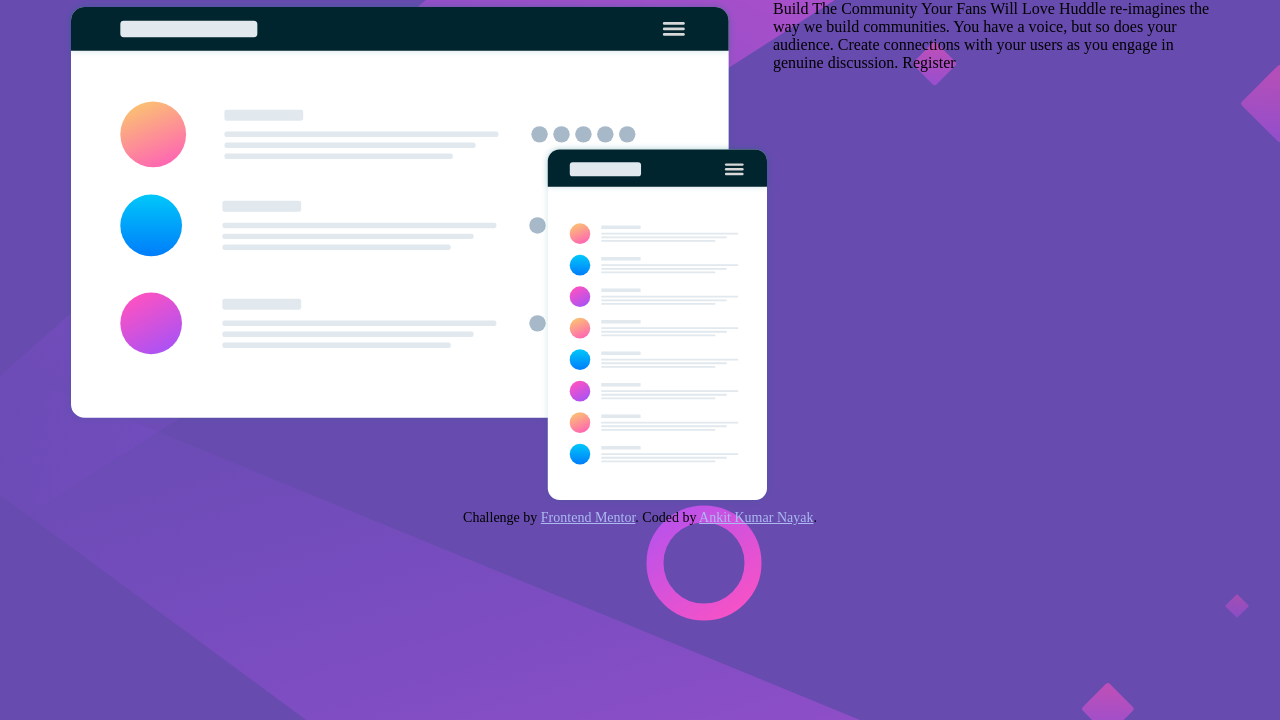
Repository: ankitnayak09/FrontEndMentor-Solutions
Page: huddle-landing-page-with-single-introductory-section-master/index.html
An editor plug-in stored every save of this project. The page is shown before and after a run of saves, followed by the edit.
The browser window is 1280 px wide. The pictures show the whole page.

Above is the page before, as saved 2021-07-07 18:26:32.

### huddle-landing-page-with-single-introductory-section-master/index.html
<!DOCTYPE html>
<html lang="en">

<head>
  <meta charset="UTF-8">
  <meta name="viewport" content="width=device-width, initial-scale=1.0">
  <!-- displays site properly based on user's device -->

  <link rel="icon" type="image/png" sizes="32x32" href="./images/favicon-32x32.png">

  <title>Frontend Mentor | Huddle landing page with single introductory section</title>

  <!-- Feel free to remove these styles or customise in your own stylesheet 👍 -->
  <style>
    .attribution {
      font-size: 14px;
      text-align: center;
    }

    .attribution a {
      color: hsl(228, 71%, 81%);
    }
  </style>
  <link rel="stylesheet" href="style.css">
</head>

<body>
  <div class="container">
    <main>
    <div class="right-col">
      <img src="images/illustration-mockups.svg" alt="">
    </div>
    <div class="left-col">
      Build The Community Your Fans Will Love

      Huddle re-imagines the way we build communities. You have a voice, but so does your audience.
      Create connections with your users as you engage in genuine discussion.

      Register
    </div>
  </main>
    <footer>
      <p class="attribution">
        Challenge by <a href="https://www.frontendmentor.io?ref=challenge" target="_blank">Frontend Mentor</a>.
        Coded by <a href="https://github.com/ankitnayak09">Ankit Kumar Nayak</a>.
      </p>
    </footer>
  </div>
</body>

</html>

### huddle-landing-page-with-single-introductory-section-master/style.css
* {
    margin: 0;
    padding: 0;
    box-sizing: border-box;
}

.container {
    height: 100vh;
    width: 100vw;
    margin: auto;
    background-image: url(images/bg-desktop.svg);
    background-color: hsl(257, 40%, 49%);
    padding: 0 5%;
}
main {
    display: flex;
}


@media only screen and (max-width:375px) {

}

After the next 2 saves:
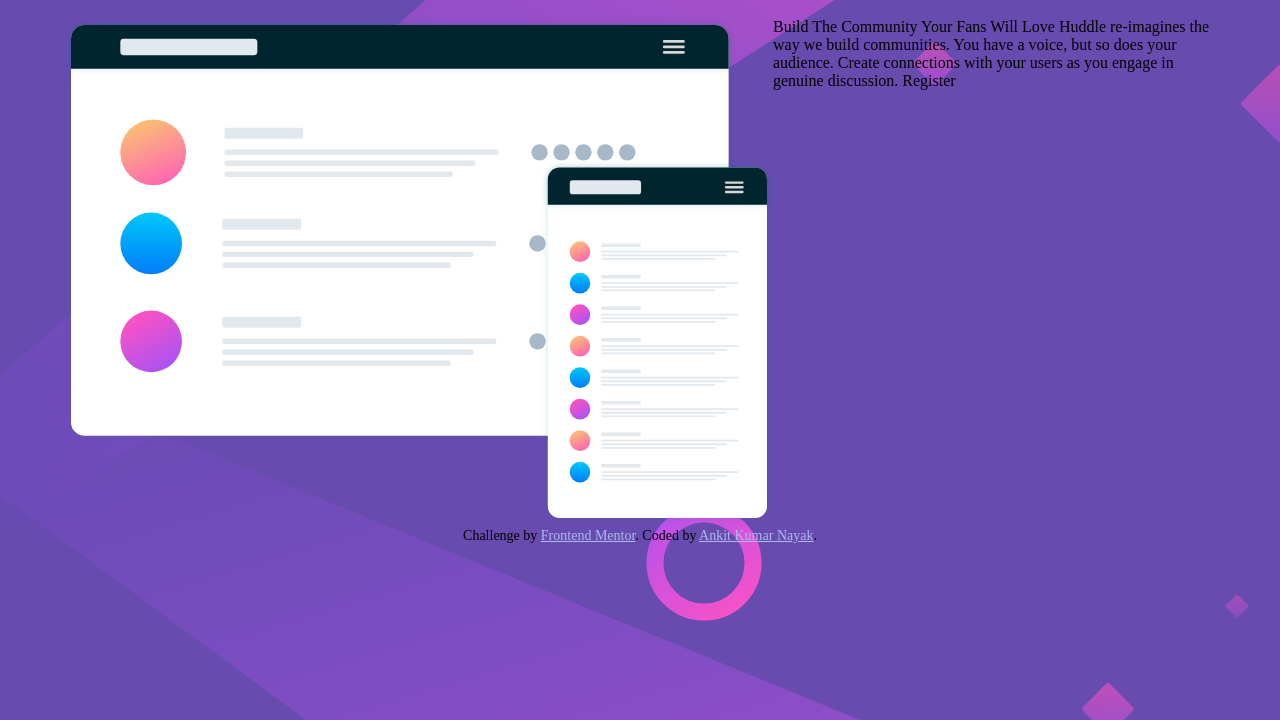
The 2 saves are shown as one change because they came seconds apart.
The last was saved 119 s later.
--- a/huddle-landing-page-with-single-introductory-section-master/index.html
+++ b/huddle-landing-page-with-single-introductory-section-master/index.html
@@ -26,6 +26,7 @@
 
 <body>
   <div class="container">
+    <header><img src="" alt=""></header>
     <main>
     <div class="right-col">
       <img src="images/illustration-mockups.svg" alt="">
